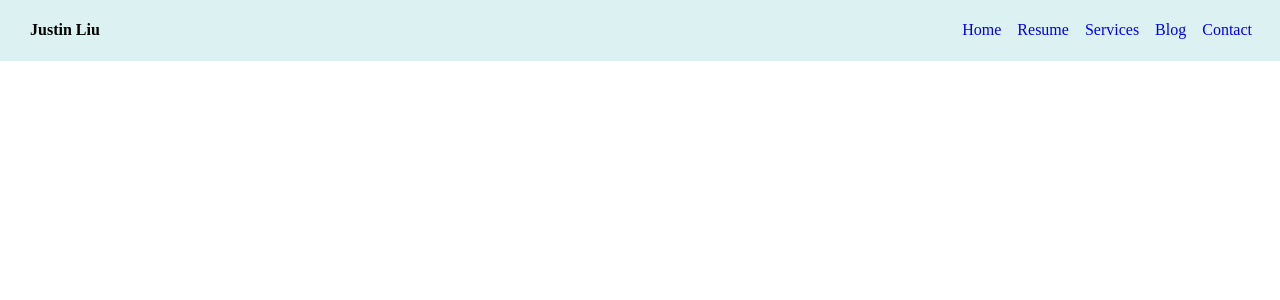
Repository: justinliu88/personal-projects
Page: index.html
An editor plug-in stored every save of this project. The page is shown before and after the next save, followed by the edit.
The browser window is 1280 px wide. The pictures show the whole page.
Some web libraries are served in a nearby version. The style sheet was rebuilt from its Sass, Less or Tailwind sources for each picture, by a compiler version that may differ from the author's.

Above is the page before, as saved 2020-03-16 23:44:21.

### index.html
<!DOCTYPE html>
<html lang="en">

<head>
    <meta charset="UTF-8">
    <meta name="viewport" content="width=device-width, initial-scale=1.0">
    <title>Personal Website</title>
    <link rel="stylesheet" href="main.css" type="text/css">
    <script src="http://ajax.googleapis.com/ajax/libs/jquery/1.7.1/jquery.min.js" type="text/javascript"></script>
    <script src="./main.js"></script>
</head>

<body>
    <nav class="container-navbar">
        <h4 class="container-navbar__name">Justin Liu</h4>
        <ul class="container-navbar__options">
            <li class="container-navbar__buttons">
                <a class="container-navbar__link" href="#">Home</a>
            </li>
            <li class="container-navbar__buttons">
                <a class="container-navbar__link" href="#">Resume</a>
            </li>
            <li class="container-navbar__buttons">
                <a class="container-navbar__link" href="#">Services</a>
            </li>
            <li class="container-navbar__buttons">
                <a class="container-navbar__link" href="#">Blog</a>
            </li>
            <li class="container-navbar__buttons">
                <a class="container-navbar__link" href="#">Contact</a>
            </li>
        </ul>
    </nav>



</body>

</html>

### main.scss
body {
    margin: 0px;
}

.container-navbar {
    width: auto;
    display: flex;
    flex-direction: row;
    justify-content: space-between;
    background-color: #dcf2f2;
    &__name {
        text-align: center;
        align-items: center;
        padding-left: 30px;
    }
    &__options {
        height: 60px;
        display: flex;
        flex-direction: row;
        list-style: none;
        justify-content: flex-end;
        align-items: center;
        margin: 0px;
        padding-right: 20px;
    }
    &__buttons {
        align-items: center;
        text-align: center;
        padding: 8px;
    }
    &__link {
        text-decoration: none;
        &:hover {
            color: #525c5b;
        }
    }
}

Loaded but not shown: main.js (no stored copy; drawn as an empty file)

After the next save:
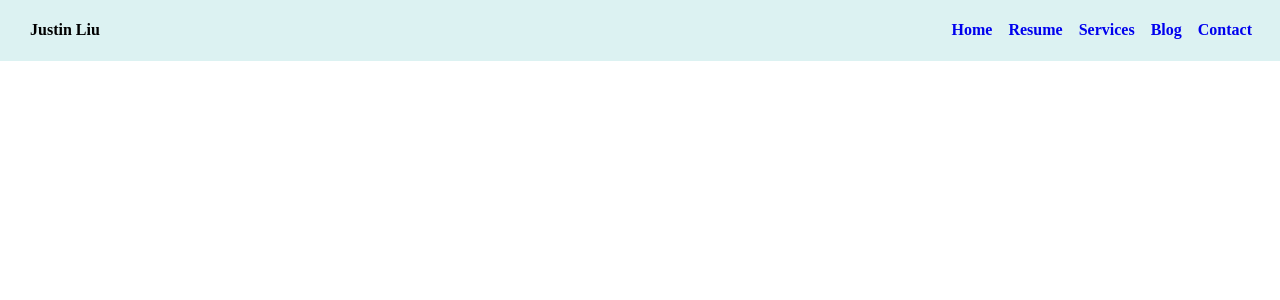
Saved 70 s later.
--- a/main.scss
+++ b/main.scss
@@ -29,7 +29,9 @@ body {
         padding: 8px;
     }
     &__link {
+        font-weight: bold;
         text-decoration: none;
+        transition: all 0.2s ease 0s;
         &:hover {
             color: #525c5b;
         }
